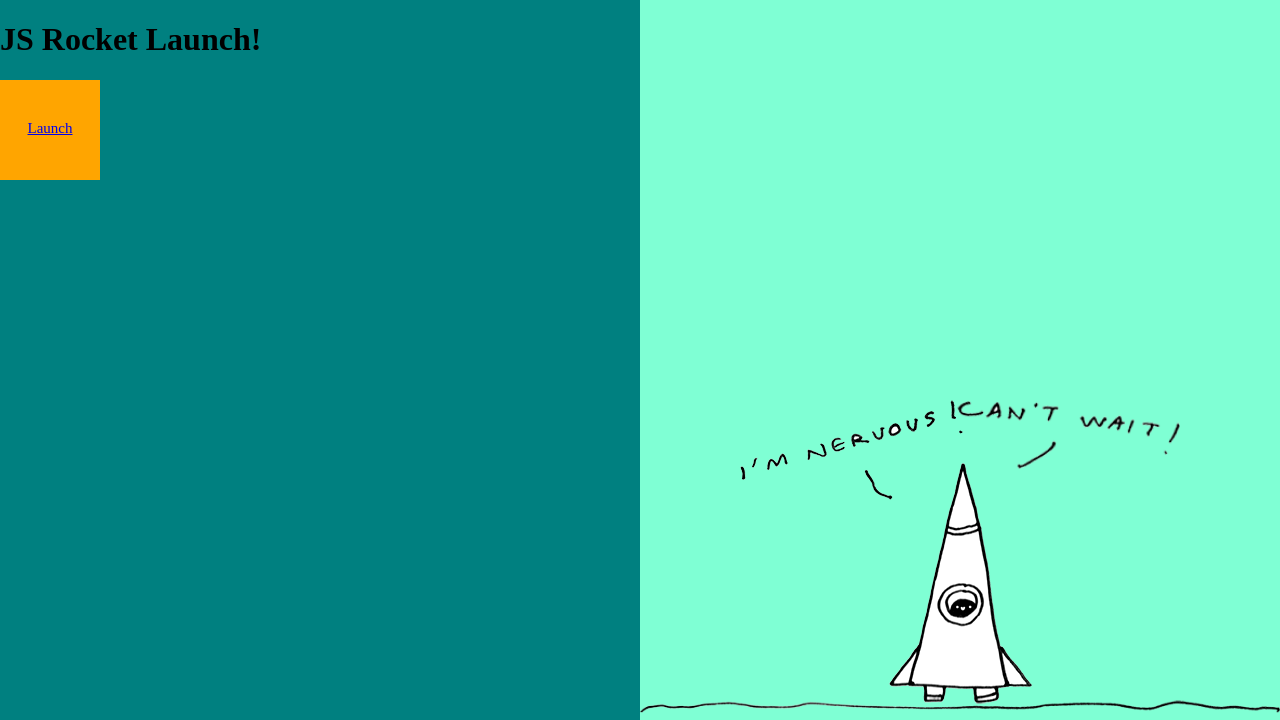
Repository: alcarrizo/Rocket-launch
Page: index.html
The author's editor kept a copy of each file at every save. The page is drawn from the files as they stood at one save, then again after the next save.
The browser window is 1280 px wide. The pictures show the whole page.

Above is the page before, as saved 2022-10-20 17:24:45.

### index.html
<!DOCTYPE html>
<html lang="en">
<head>
    <meta charset="UTF-8">
    <meta http-equiv="X-UA-Compatible" content="IE=edge">
    <meta name="viewport" content="width=device-width, initial-scale=1.0">
    <title>Rocket Launch sequence</title>
    <script type="text/javascript" src="js/script.js"> </script>
    <link rel="stylesheet" href="css/style.css">
</head>
<body class="body-state1" id="body">
    <div class="left">
        <div class="state1">
            <h1>JS Rocket Launch!</h1>
            <a href="#" class="button" onclick="changeState(2);">Launch</a>
        </div>
        <div class="state2">
            <h1 class="countdown" id="countdown">10</h1>
            <a href="#" class="button" onclick="changeState(1);">Abort</a>
        </div>
        <div class="state3">
            <h1>Lift Off!</h1>
        </div>
        <div class="state4">
            <h1>Well done!</h1>
            <a href="#" class="button" onclick="changeState(1);">Do it again</a>
        </div>
        <div class="state5">
            <h1>Oh No!!!!</h1>
            <a href="#" class="button" onclick="changeState(1);">Try Again!</a>
        </div>
    </div>

    <div class="right">
        <div class="rocket" id="rocket"></div>
        <div class="ground"></div>
        <div class="nervous"></div>
        <div class="cant-wait"></div>
    </div>
</body>
</html>

### js/script.js
/*var countDown = function (i) {
    console.log(i)
    setTimeout(function () {
        i--
        document.getElementById("countdown").innerHTML = i;
        if (document.getElementById('body').className != 'body-state1') {
            if (i > 0) {
                countDown(i)
            }
            else {
                changeState(3)
            }
        }

    }, 1000)
}*/
var timer = null;
var CountDownNum = 10;
var changeState = function (state) {
    document.body.className = 'body-state' + state;
    clearInterval(timer);
    if (state != 2 && document.getElementById('countdown').innerHTML != 10) {
        CountDownNum = 10;
        document.getElementById('countdown').innerHTML = CountDownNum;
    }
    if (state == 2) {
        timer = setInterval(() => {
            CountDownNum -= 1;
            document.getElementById('countdown').innerHTML = CountDownNum;
            if (CountDownNum == 5) {
                //be nervous
            };
            if (CountDownNum == 3) {
                //Can't wait
            };
            if (CountDownNum <= 0) {
                changeState(3);

            };
        }, 200);
    }
    else if (state == 3) {
        var success = setTimeout(() => {
            var randomNum = Math.round(Math.random() * 10)
            //success
            console.log('random number: ' + randomNum)
            if (randomNum > 5) {
                changeState(4)
            }
            else {
                //fail
                changeState(5)
            }

        }, 2000);
    }
    // if (state == 1) {
    //     document.body.className = 'body-state1'
    // }
    // else if (state == 2) {
    //     document.body.className = 'body-state2'
    //     countDown(10)
    //     // for (let i = 10; i >= 0; i--) {
    //     //     setTimeout()
    //     //     document.getElementById("countdown").innerHTML = i;
    //     // }
    // }
    // else if (state == 3) {
    //     document.body.className = 'body-state3'
    //     document.getElementById('rocket').className = 'rocket flying';
    // }
    // else if (state == 4) {
    //     document.body.className = 'body-state4'
    // }
    // else {
    //     document.body.className = 'body-state5'
    // }
    // for (let i = 10; i >= 0; i--) {
    //     bdy.content = i;
    // }
    //document.getElementById('rocket').className = 'rocket flying';
}

### css/style.css
body {
    position: relative;
}

.left {
    position: fixed;
    box-sizing: border-box;
    width: 50%;
    height: 100%;
    top: 0;
    left: 0;
    background-color: teal;
}

.right {
    position: fixed;
    box-sizing: border-box;
    width: 50%;
    height: 100%;
    top: 0;
    right: 0;
    background-color: aquamarine;
}

.rocket {
    position: absolute;
    left: 50%;
    bottom: -15px;
    width: 143px;
    height: 272px;
    background: url("../img/rocket-state1.png") no-repeat 0 0;
    background-size: 100%;
    transition: bottom 10s;
    margin-left: -71.5px;

}

.body-state1 .rocket {
    transition: none;

}


.body-state2 .rocket {

    background-image: url("../img/rocket-state2.gif");
}

.body-state3 .rocket,
.body-state4 .rocket {
    bottom: 1000px;
    background-image: url("../img/rocket-state3.gif");
}

.body-state5 .rocket {
    width: 209px;
    height: 200px;
    background: url("../img/boom.png") no-repeat 0 0;
    background-size: 100%;
}

.ground {
    position: absolute;
    bottom: 0;
    left: 0;
    background: url("../img/ground.png") no-repeat center 0;
    background-size: 100%;
    width: 100%;
    height: 20px;

}

.nervous {
    position: absolute;
    bottom: 220px;
    left: 100px;
    background: url('../img/nervous.png') no-repeat 0 0;
    background-size: 100%;
    width: 223px;
    height: 100px;
}

.cant-wait {
    position: absolute;
    bottom: 220px;
    right: 100px;
    background: url('../img/cant-wait.png') no-repeat 0 0;
    background-size: 100%;
    width: 223px;
    height: 100px;
}

a {}

a.button {
    display: block;
    box-sizing: border-box;
    text-align: center;
    padding-top: 40px;
    height: 100px;
    width: 100px;
    font-size: 15px;
    background-color: orange;

}

.state1,
.state2,
.state3,
.state4,
.state5 {
    display: none;
}

body.body-state1 .state1 {
    display: block;
}

body.body-state2 .state2 {
    display: block;
}

body.body-state3 .state3 {
    display: block;
}

body.body-state4 .state4 {
    display: block;
}

body.body-state5 .state5 {
    display: block;
}

After the next save:
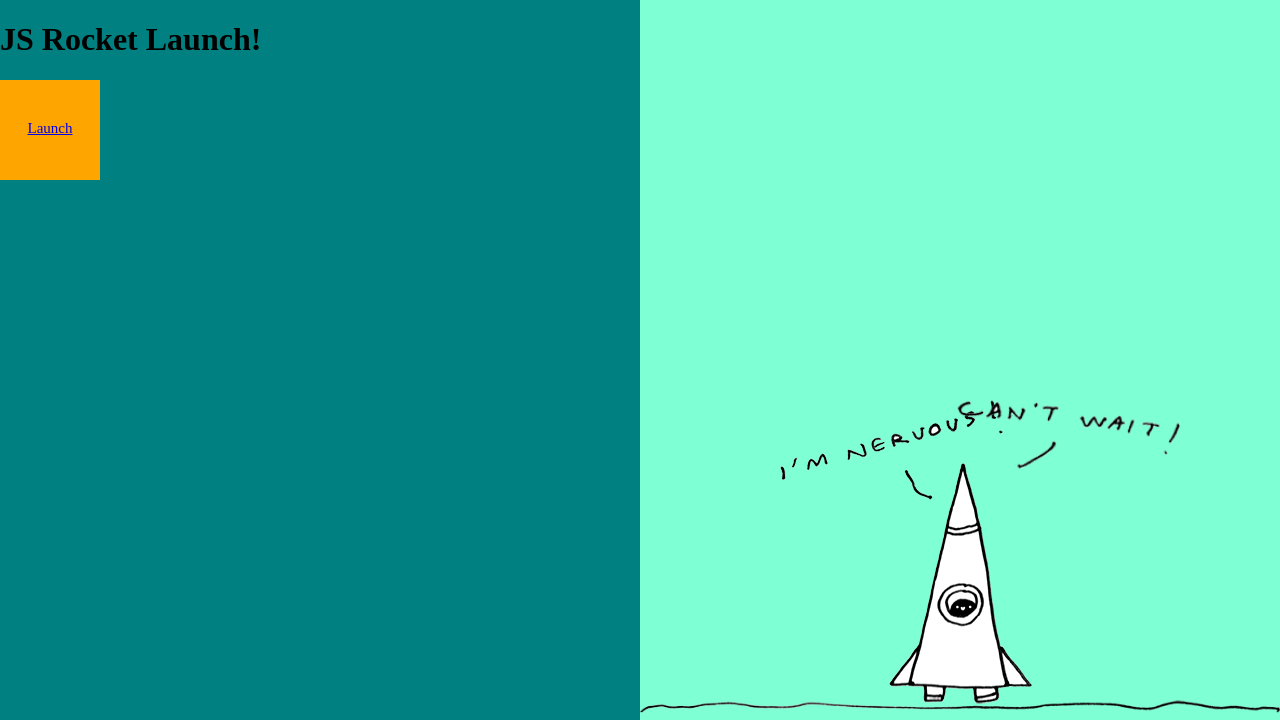
Saved 40 s later.
--- a/css/style.css
+++ b/css/style.css
@@ -73,7 +73,8 @@ body {
 .nervous {
     position: absolute;
     bottom: 220px;
-    left: 100px;
+    left: 50%;
+    margin-left: -180px;
     background: url('../img/nervous.png') no-repeat 0 0;
     background-size: 100%;
     width: 223px;
